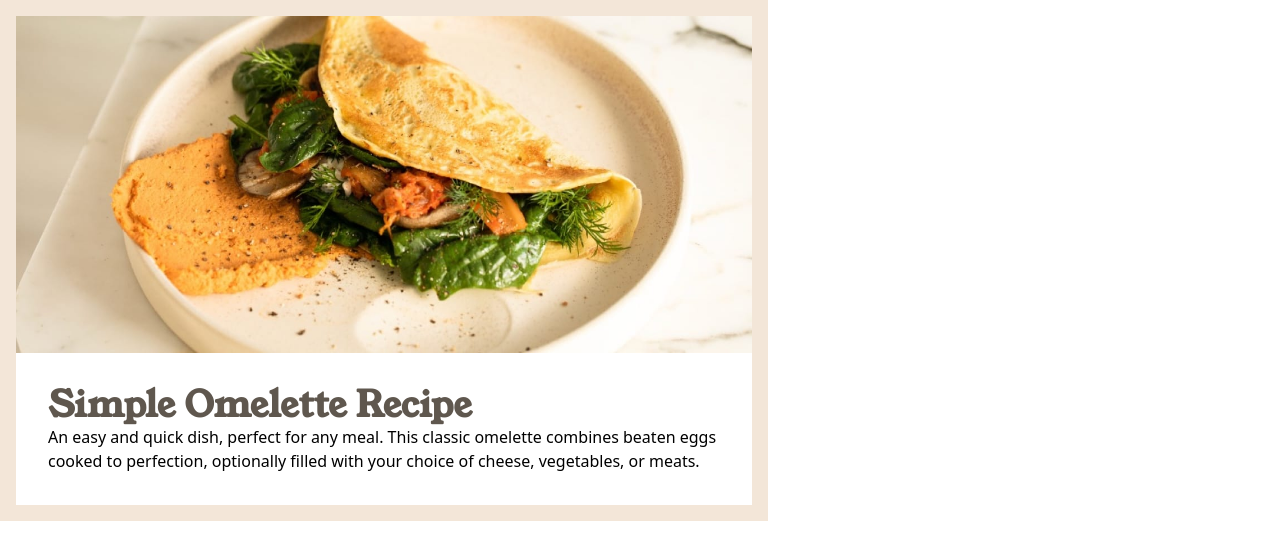
Repository: nivrii/recipe-page-main
Page: /
An editor plug-in stored every save of this project. The page is shown before and after the next save, followed by the edit.
The browser window is 1280 px wide. The pictures show the whole page.
The project was rebuilt for these pictures with package versions that can differ from the ones it lists, and the page was loaded fresh each time. Also part of the build but not shown: vite.config.js, src/index.css.

Above is the page before, as saved 2024-03-23 14:20:11.

After the next save:
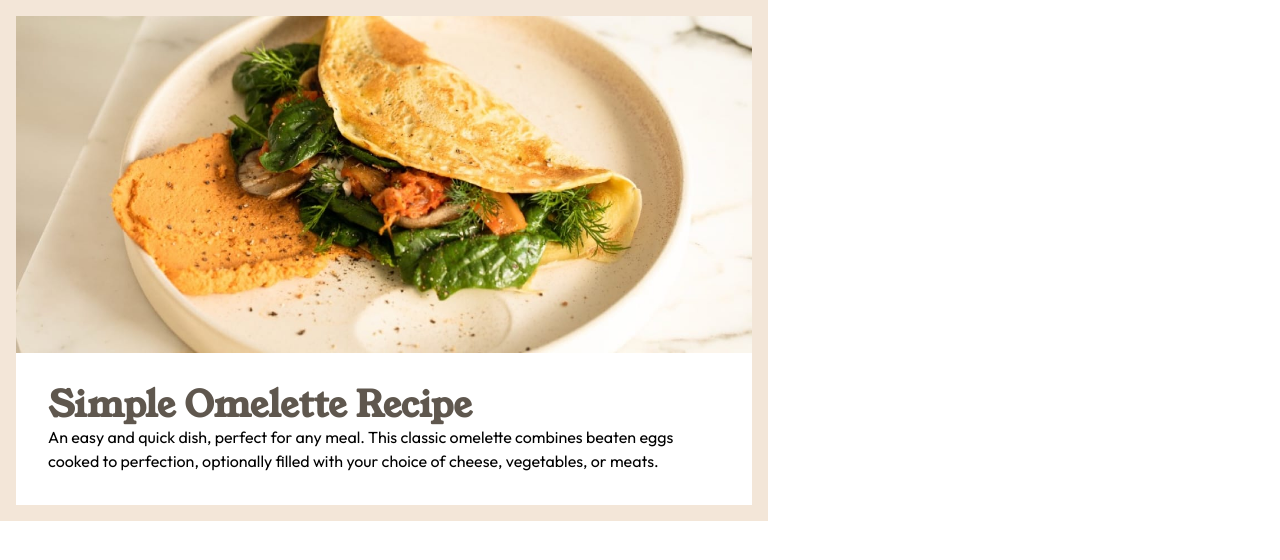
Saved 19 s later.
--- a/src/App.jsx
+++ b/src/App.jsx
@@ -11,7 +11,7 @@ function App() {
         <h1 className="text-left text-wengeBrown text-4xl font-bold font-young">
           Simple Omelette Recipe
         </h1>
-        <p className="text-left text-outfit">
+        <p className="text-left font-outfit">
           An easy and quick dish, perfect for any meal. This classic omelette
           combines beaten eggs cooked to perfection, optionally filled with your
           choice of cheese, vegetables, or meats.
